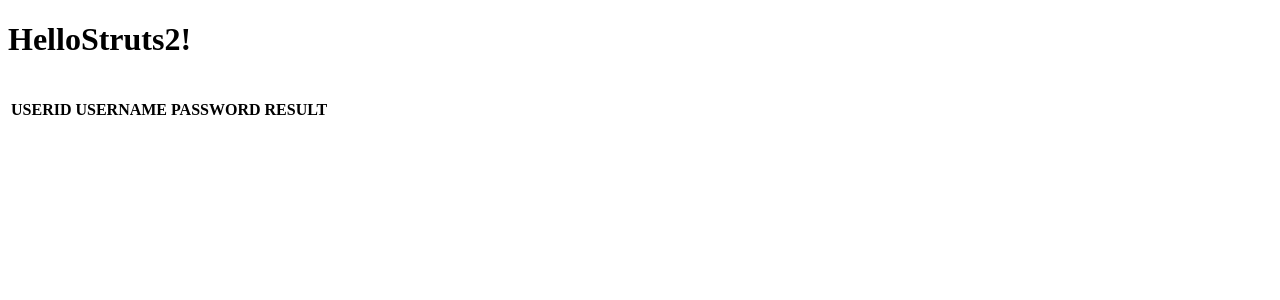
Repository: KanetaniK/test
Page: http://localhost/WebProj4/hello.jsp
These files come from the project's save history. The page is drawn as it stood at one moment and after the next save; the edit follows.
The browser window is 1280 px wide. The pictures show the whole page.
The page is served by Tomcat 9. Other server files are loaded and not shown.

Above is the page before, as saved 2019-06-28 11:44:33.

### WebProj4/WebContent/hello.jsp
<%@ page language="java" contentType="text/html; charset=UTF-8"
    pageEncoding="UTF-8"%>
<%@ taglib prefix="s" uri="/struts-tags" %>
<!DOCTYPE html PUBLIC "-//W3C//DTD HTML 4.01 Transitional//EN" "http://www.w3.org/TR/html4/loose.dtd">
<html>
<head>
<meta http-equiv="Content-Type" content="text/html; charset=UTF-8">
<link rel="stylesheet" type="text/css href="./css/style.css">
<title>HelloStruts</title>
</head>
<body>
	<h1>HelloStruts2!</h1>
	<br>
	<table>
		<tbody>
			<tr>
				<th>USERID</th>
				<th>USERNAME</th>
				<th>PASSWORD</th>
				<th>RESULT</th>
			</tr>

			<s:iterator value="helloStrutsDTOList">
				<tr>
					<td><s:property value="userId" /></td>
					<td><s:property value="userName" /></td>
					<td><s:property value="password" /></td>
					<td><s:property value="result" /></td>
				</tr>
			</s:iterator>
		</tbody>
	</table>
</body>
</html>

### WebProj4/WebContent/css/style.css
@CHARSET "UTF-8";

table{
	width: auto;
	border-spacing: 0;
	font-size: 14px;
}

table th{
	color: #fff;
	padding: 8px 15px;
	background: #258;
	background: -moz-linear-gradient(rgba(34,85,136,0.7),rgba(34,85,136,0.9) 50%);
	baackground: -webkit-gradient(linear,100% 0%,100% 50%,from(rgba(34,85,136,0.7)),to(rgba(34,85,136,0.9)));
	font-weight: bold;
	border-left: 1px solid #258;
	border-top: 1px solid #258;
	border-bottom: 1px solid #258;
	line-height: 120%;
	text-align: center;
	text-shadow: 0 -1px 0 rgba(34,85,136,0.9);
	box-shadow: 0px 1px 1px rgba(255,255,255,0.3)inset;
}

table th:first-child{
	border-radius: 5px 0 0 0;
}

table th:last-child{
	border-radius: 0 5px 0 0;
	border-right: 1px solid #258;
	box-shadow: 2px 2px 1px rgba(0,0,0,0.1),0px 1px 1px rgba(255,255,255,0.3) inset;
}

tabale tr td{
	padding: 8px 15px;
	border-bottom: 1px soliid #84b2e0;
	border-left: 1px solid #84b2e0;
	text-align: center;
}

table tr td:last-child{
	border-right: 1px solid #84b2e0;
	box-shadow: 2px 2px 1px rgba(0,0,0,0.1);
}

table tr{
	background: #fff;
}

table tr:nth-child(2n+1){
	background: #f1f6fc;
}

table tr:last-child td{
	box-shadow: 2px 2px 1px rgba(0,0,0,0.1);
}

table tr:last-child td:first-child{
	border-radius: 0 0 0 5px;
}

table tr:last-child td:last-child{
	border-radius: 0 0 5px 0;
}

table tr:hover{
	background: #bbd4ee;
	cursor: pointer;
}

After the next save:
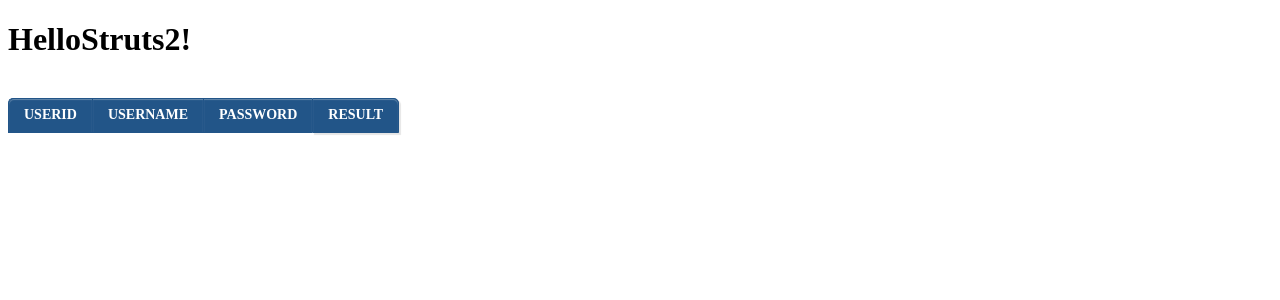
Saved 79 s later.
--- a/WebProj4/WebContent/hello.jsp
+++ b/WebProj4/WebContent/hello.jsp
@@ -5,7 +5,7 @@
 <html>
 <head>
 <meta http-equiv="Content-Type" content="text/html; charset=UTF-8">
-<link rel="stylesheet" type="text/css href="./css/style.css">
+<link rel="stylesheet" type="text/css" href="./css/style.css">
 <title>HelloStruts</title>
 </head>
 <body>
